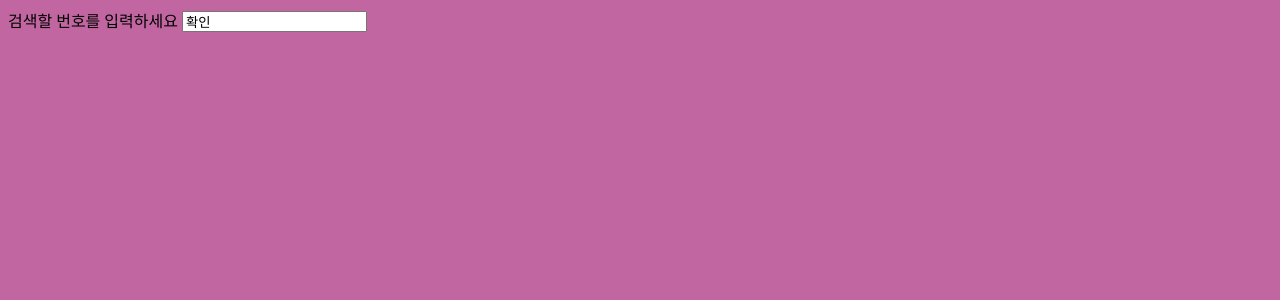
Repository: violetaplum/eclipseJSP
Page: JSP/WebContent/jsp_DB/db_test2.html
The author's editor kept a copy of each file at every save. The page is drawn from the files as they stood at one save, then again after a run of saves.
The browser window is 1280 px wide. The pictures show the whole page.

Above is the page before, as saved 2019-06-11 11:17:24.

After the next 4 saves:
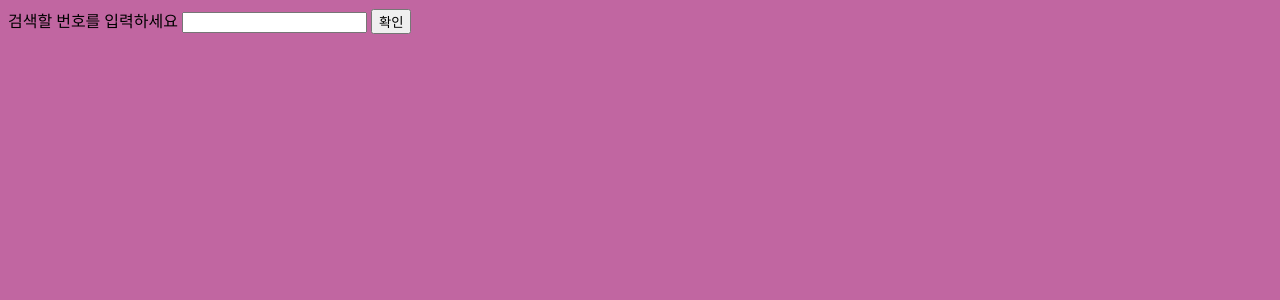
The 4 saves are shown as one change because they came seconds apart.
The last was saved 12 s later.
--- a/JSP/WebContent/jsp_DB/db_test2.html
+++ b/JSP/WebContent/jsp_DB/db_test2.html
@@ -12,7 +12,8 @@
 </head>
 <body>
 	<form action="jsp_db2.jsp" method="post"> <!-- jsp_db2.jsp로 입력된 값 전달 -->
-	검색할 번호를 입력하세요 <input type=""
+	검색할 번호를 입력하세요 <input type="text" name="tel">
+
 		<input type="submit" value="확인">
 	</form>
 </body>
